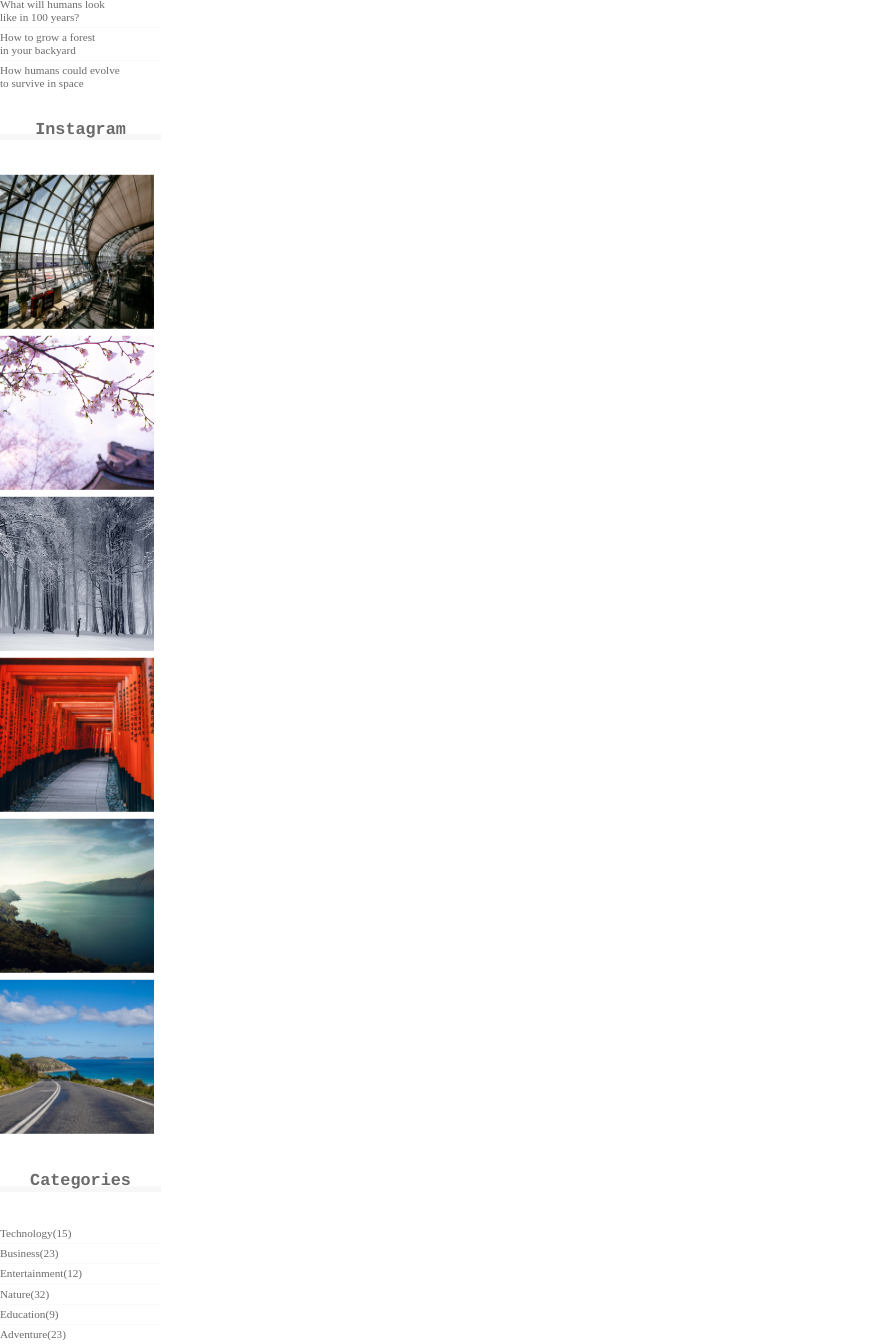
Repository: 220416/kadai1
Page: caravan/index.html
The author's editor kept a record of every edit. The page is drawn from the files as they stood at one moment, then again after the next edit.
The browser window is 1280 px wide. The pictures show the part of the page from y = 1884 to 3804 px (the page is 3999 px tall before and 2979 px after), at 70% of full size.
Some web libraries are served in a nearby version.

Above is the page before.

### caravan/index.html
<!DOCTYPE html>
<html lang="ja">
  <head>
    <meta charset="UTF-8" />
    <meta name="viewport" content="width=device-width,initial-scale=1.0">
    <script src="https://kit.fontawesome.com/ec17237aec.js" crossorigin="anonymous"></script>
    <!-- CSSファイルの読み込み -->
    <link rel="stylesheet" href="style.css" />
    <title>CARAVAN</title>
  </head>
  <body>
    <header>
      <h1 class="heading">
        <a href="index.html">CARAVAN</a>
        </h1>
        <div class="social">
          <i class="fab fa-facebook-square"></i>
          <i class="fab fa-twitter-square"></i>
          <i class="fab fa-instagram"></i>
        </div>
    </header>

    <nav>
      <ul class="nav-list">
        <li class="nav-list-item">
          <a href="index.html">Home</a>
        </li>
        <li class="nav-list-item">About</li>
        <li class="nav-list-item">Topic</li>
      </ul>
    </nav>

    <div class="main-visual">
      <div class="main-visual-content">
        <p class ="main-visual-text">
          The world is a book<br />
          and those who do not travel <br />
          read only one page.</p>
        <p class="main-visual-name">St. Augustine</p>
      </div>
    </div>


    <main>
      <section class="blog">
        <h2 class="blog-heading">Recent Blogs</h2>

        <div class="blog-box">
          <div class="blog-item">
          <img class="blog-image" src="img/img/forest.jpg">
          <section class="blog-text">
            <h3 class="blog-text-headline">
              <a href="single.html">
                Hopeful lessons from<br>
                the battle to save<br>
                rainforests
              </a>
            </h3>
            <p class="blog-date">June 19, 2017</p>
            <span class="category">Nature</span>
          </section>
          </div>

          <div class="blog-item">
          <img class="blog-image" src="img/img/desert.jpg">
          <section class="blog-text">
            <h3 class="blog-text-headline">
              <a href="single.html">
                How to fight<br />
                desertification and<br />
                reverse climate change
              </a>
            </h3>
            <p class="blog-date">June 17, 2017</p>
            <span class="category">Nature</span>
          </section>
          </div>

          <div class="blog-item">
          <img class="blog-image" src="img/img/sunset.jpg">
          <section class="blog-text">
            <h3 class="blog-text-headline">
              <a href="single.html">
                 Why I'm rowing<br />
                across the Pacific
              </a>
            </h3>
            <p class="blog-date">June 16, 2017</p>
            <span class="category">Nature</span>
          </section>
          </div>

          <div class="blog-item">
          <img class="blog-image" src="img/img/italy.jpg">
          <section class="blog-text">
            <h3 class="blog-text-headline">
              <a href="single.html">
                Unseen footage,<br />
                untamed nature
              </a>
            </h3>
            <p class="blog-date">June 15, 2017</p>
            <span class="category">Nature</span>
          </section>
          </div>

          <div class="blog-item">
          <img class="blog-image" src="img/img/asia.jpg">
          <section class="blog-text">
            <h3 class="blog-text-headline">
              <a href="single.html">
                The case for<br />
                engineering our food
              </a>
            </h3>
            <p class="blog-date">June 14, 2017</p>
            <span class="category">Culture</span>
          </section>
          </div>
        </div>
        <div class="pagination">
          <p><<</p>
          <p><</p>
          <p>1</p>
          <p>2</p>
          <p>3</p>
          <p>></p>
          <p>>></p>
        </div>
      </section>


      <div class="sidebar">
        <section class="popular">
          <h2 class="sidebar-heading common-heading">Popular</h2>
          <div class="sidebar-contents">
            <p class="popular-text">To solve old problems,<br>study new species</p>
            <p class="popular-text">Why Earth may someday<br>look like Mars</p>
            <p class="popular-text">What will humans look<br>like in 100 years?</p>
            <p class="popular-text">How to grow a forest<br>in your backyard</p>
            <p class="popular-text">How humans could evolve<br>to survive in space</p>
          </div>
        </section>

        <section class="instagram">
          <h2 class="instagram-heading common-heading">Instagram</h2>
          <div class="sidebar-contents">
            <div class="instagram-box"></div>
            <div class="instagram-box"></div>
            <div class="instagram-box"></div>
            <div class="instagram-box"></div>
            <div class="instagram-box"></div>
            <div class="instagram-box"></div>
          </div>
        </section>

        <section class="categories">
          <h2 class="categories-heading common-heading">Categories</h2>
          <div class="sidebar-contents">
            <p class="categories-text">Technology(15)</p>
            <p class="categories-text">Business(23)</p>
            <p class="categories-text">Entertainment(12)</p>
            <p class="categories-text">Nature(32)</p>
            <p class="categories-text">Education(9)</p>
            <p class="categories-text">Adventure(23)</p>
            <p class="categories-text">Communication(14)</p>
          </div>
        </section>
      </div>

    </main>

    <footer>
      <p class="footer-text">© All rights reserved by Infratop.Inc.</p>
    </footer>
  </body>
</html>

### caravan/style.css
* {
  margin: 0;
  padding: 0;
  box-sizing: border-box;
  color: #6c6b6b;
}

a{
  text-decoration: none;
}

header, nav, h2, .main-visual, footer{
  font-family:  Chalkduster, "Bradley Hand", Courier, "Segoe Print", sans-serif;
}

header{
  width: 90%;
  height: 120px;
  text-align:center;
  position:relative;
}

.social{
  display: inline-block;
  margin-left:20px;
  position: absolute;
  top:22px;
  right:22px;
}

header heading{
  font-size:32px;
}

.nav-list{
  text-align:center;
  padding:10px 0;
  margin:0 auto;
}

.nav-list-item{
  list-style:none;
  display:inline-block;
  margin: 0 20px;
}
.main-visual{
  width: 100%;
  height: 300px;
  background-image:url(img//img/mv.jpg);
  background-size:cover;
  background-position:center;
}

.main-visual-content{
  width: 40%;
  height: 300px;
  background-color: rgba(0,0,0,0.5);
  text-align: center;
  padding-top:105px;
}

.main-visual-text{
  color:#fff;
}

.main-visual-name{
  margin-top: 30px;
  color:#fff;
}

.main{
  width: 800px;
  display:flex;
  justify-content:center;
  margin:0 auto;
  padding:70px 0;
}

.blog{
  width: 540px;
  margin-right: 30px;
  }


.blog-heading{
  border-bottom: 8px solid #f7f7f7;
  text-align:center;
  line-height:0.6;
}

.blog-box{
  padding-top:50px;
}

.blog-item{
  padding-bottom: 20px;
  margin-bottom: 20px;
  border-bottom:1px solid #f7f7f7;
  display:flex;
  justify-content:flex-start;
}

.blog-image{
  height: 180px;
}

.blog-text{
  padding:25px 0 0 30px;
}

.blog-text-headline{
  padding-bottom: 15px;
}

.blog-date{
  font-size: 12px;
  display: inline-block;
}

.category{
  display:inline-block;
  padding: 5px 8px;
  background-color: #acabab;
  border-radius:3px;
  color: #fff;
  font-size:11px;
}

.pagination{
  text-align: center;
  padding-top: 50px;
}

.pagination p{
  display:inline-block;
  width: 30px;
  height: 30px;
  margin:0 5px;
  color:#fff;
  background-color:#acabab;
  border-radius:3px;
  line-height:30px;
}

.sidebar{
  width: 230px;
}


.common-heading{
  border-bottom:8px solid #f7f7f7;
  text-align: center;
  line-height:0.6;
}

.sidebar-contents{
  padding: 50px 0;
}

.popular-text,
.categories-text{
  padding-bottom: 5px;
  border-bottom: 1px solid #f7f7f7;
  margin-bottom:5px;
}

.popular-text:last-child,
.categories-text:last-child{
  margin: 0;
  padding: 0;
  border:none;
}

.instagram .sidebar-contents{
  display:flex;
  flex-wrap:wrap;
}

.instagram-box{
  width: 110px;
  padding: 110px;
  background-size: cover;
  background-position:center;
  margin-bottom: 10px;
}

.instagram-box:nth-child(odd)  {
  margin: 0 10px 10px 0;
}

.instagram-box:nth-child(1){
  background-image:url(img/img/airport.jpg);
}

.instagram-box:nth-child(2){
  background-image:url(img/img/japan.jpg);
}

.instagram-box:nth-child(3){
  background-image:url(img/img/snow.jpg);
}

.instagram-box:nth-child(4){
  background-image:url(img/img/japan2.jpg);
}

.instagram-box:nth-child(5){
  background-image:url(img/img/lake.jpg);
}

.instagram-box:nth-child(6){
  background-image:url(img/img/road.jpg);
}

footer{
  width: 100%;
  height: 120px;
  text-align: center;
  line-height: 120px;
  background-color: #848282;
}

.footer-text{
  color:#fff;
}

After the next edit:
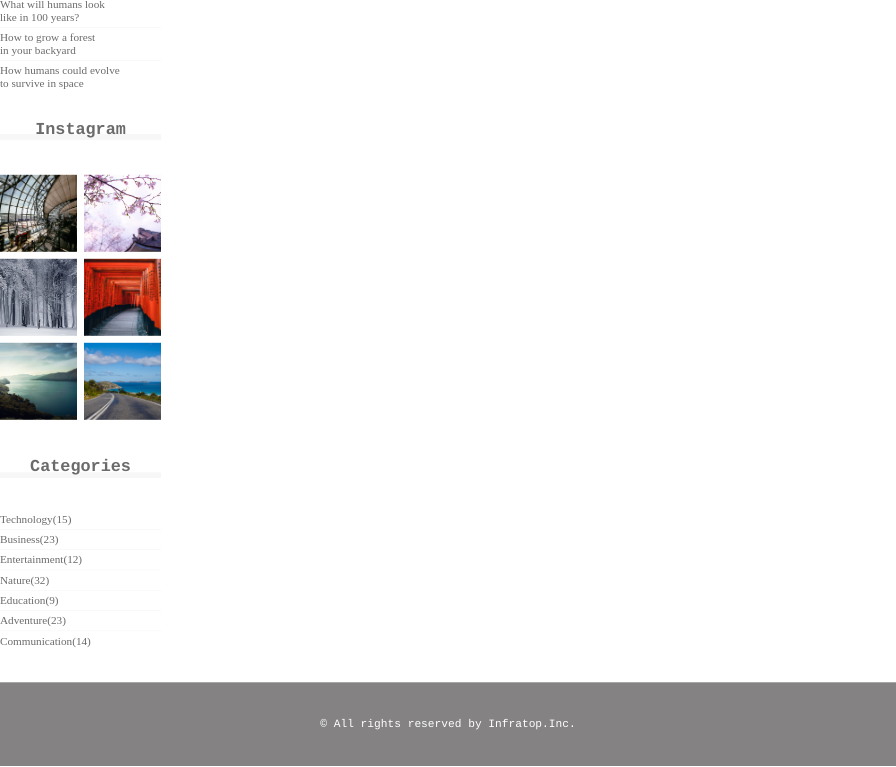
The edit:
--- a/caravan/style.css
+++ b/caravan/style.css
@@ -178,7 +178,7 @@
 
 .instagram-box{
   width: 110px;
-  padding: 110px;
+  padding-top: 110px;
   background-size: cover;
   background-position:center;
   margin-bottom: 10px;
